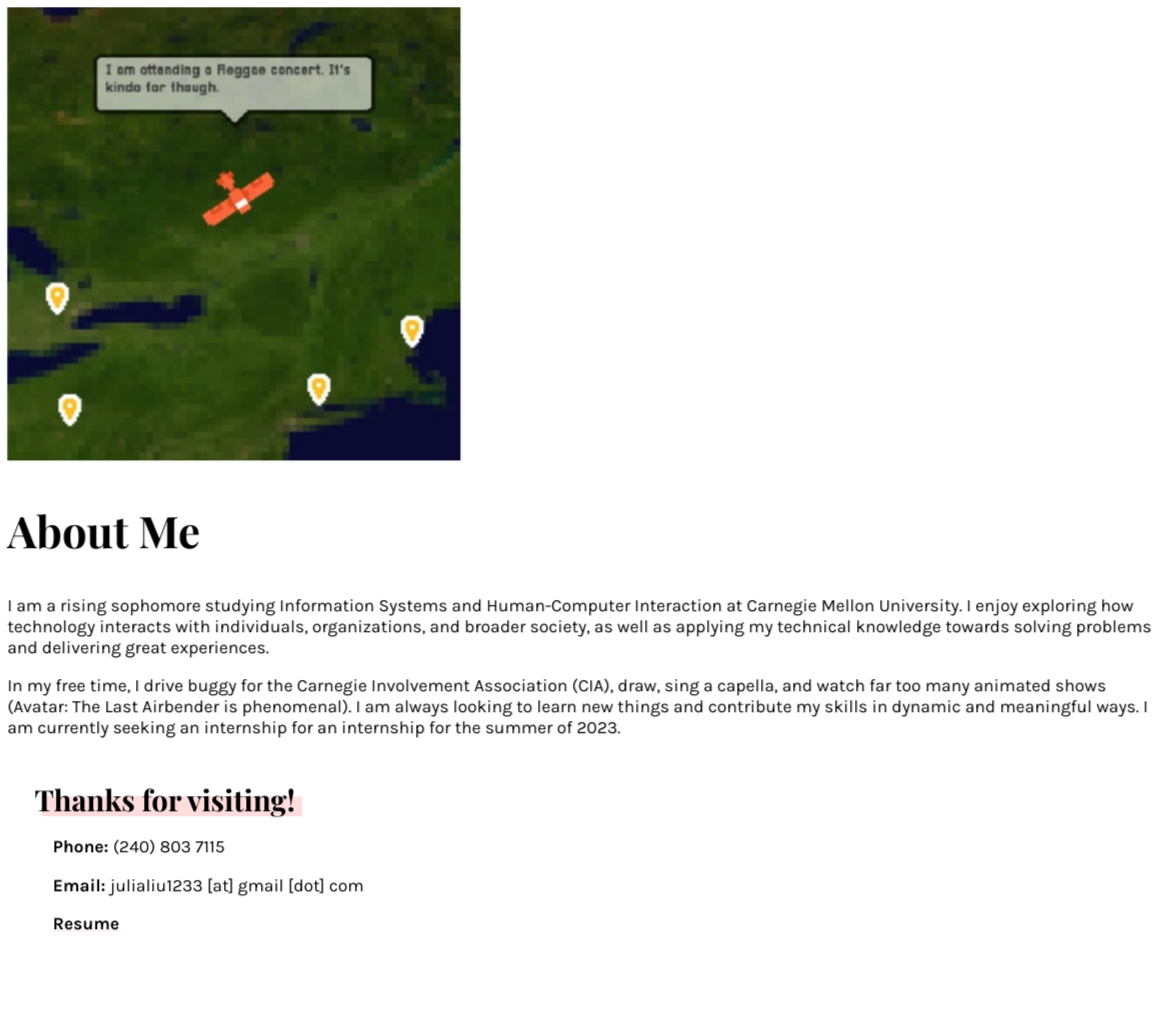
Repository: liu-julia/liu-julia.github.io
Page: about.html
The author's editor kept a copy of each file at every save. The page is drawn from the files as they stood at one save, then again after the next save.
The browser window is 1280 px wide. The pictures show the whole page, at 91% of full size.

Above is the page before, as saved 2022-05-18 10:46:57.

After the next save:
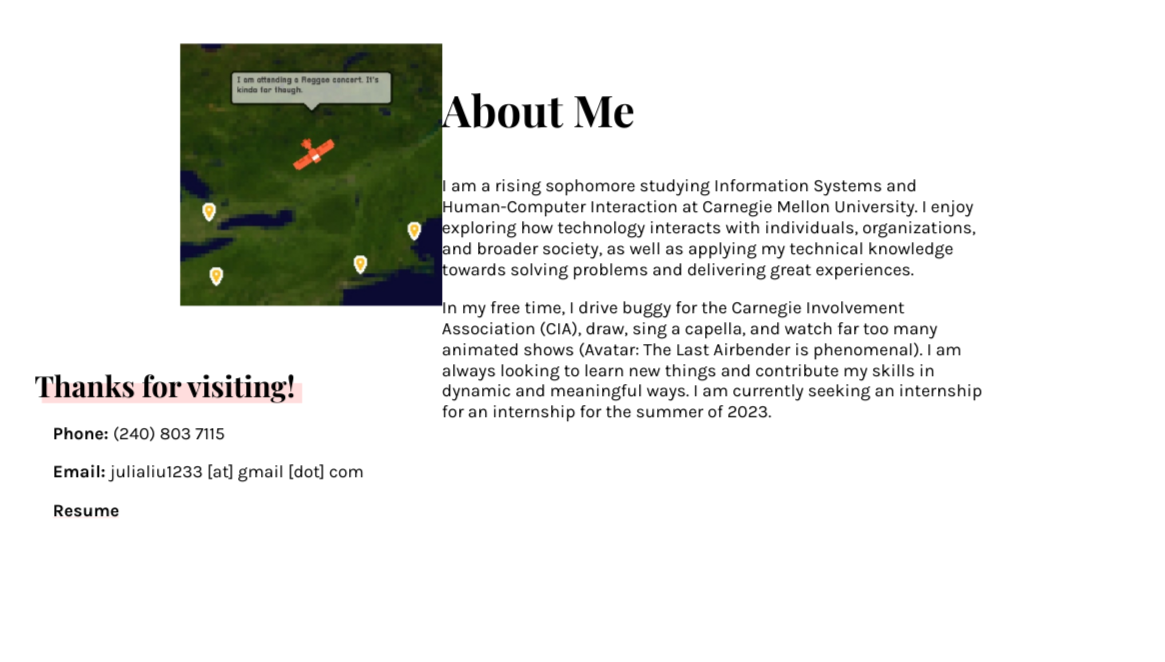
Saved 59 s later.
--- a/css/styles.css
+++ b/css/styles.css
@@ -229,3 +229,10 @@ a img {
     left: 1rem;
     right: 1rem;
 }
+.about {
+    width: 70%;
+    display: flex;
+    margin: auto;
+    height: 40%;
+    padding: 2.5rem;
+}
